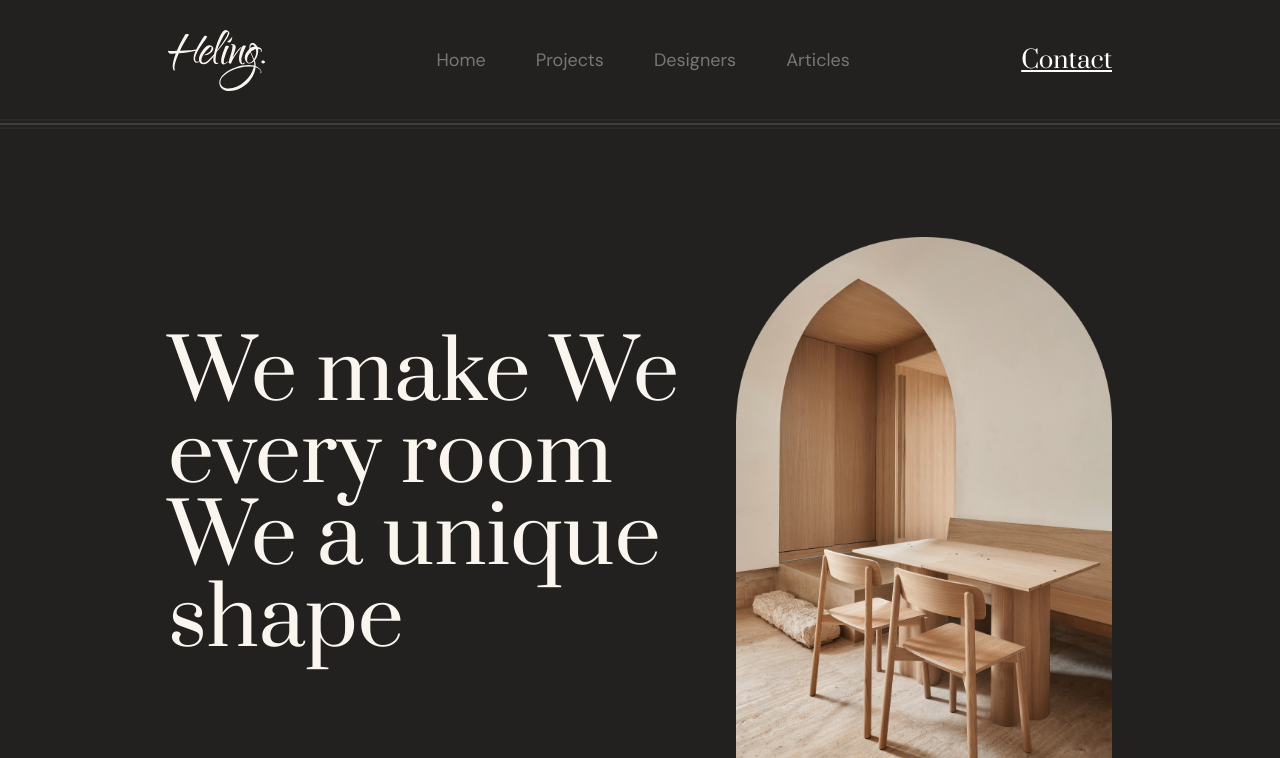
Repository: vandangnhathung/healingui_website
Page: /
An editor plug-in stored every save of this project. The page is shown before and after the next save, followed by the edit.
The browser window is 1280 px wide. The pictures show the whole page.
The project was rebuilt for these pictures with package versions that can differ from the ones it lists, and the page was loaded fresh each time. Also part of the build but not shown: src/App.css.

Above is the page before, as saved 2022-03-16 13:06:44.

After the next save:
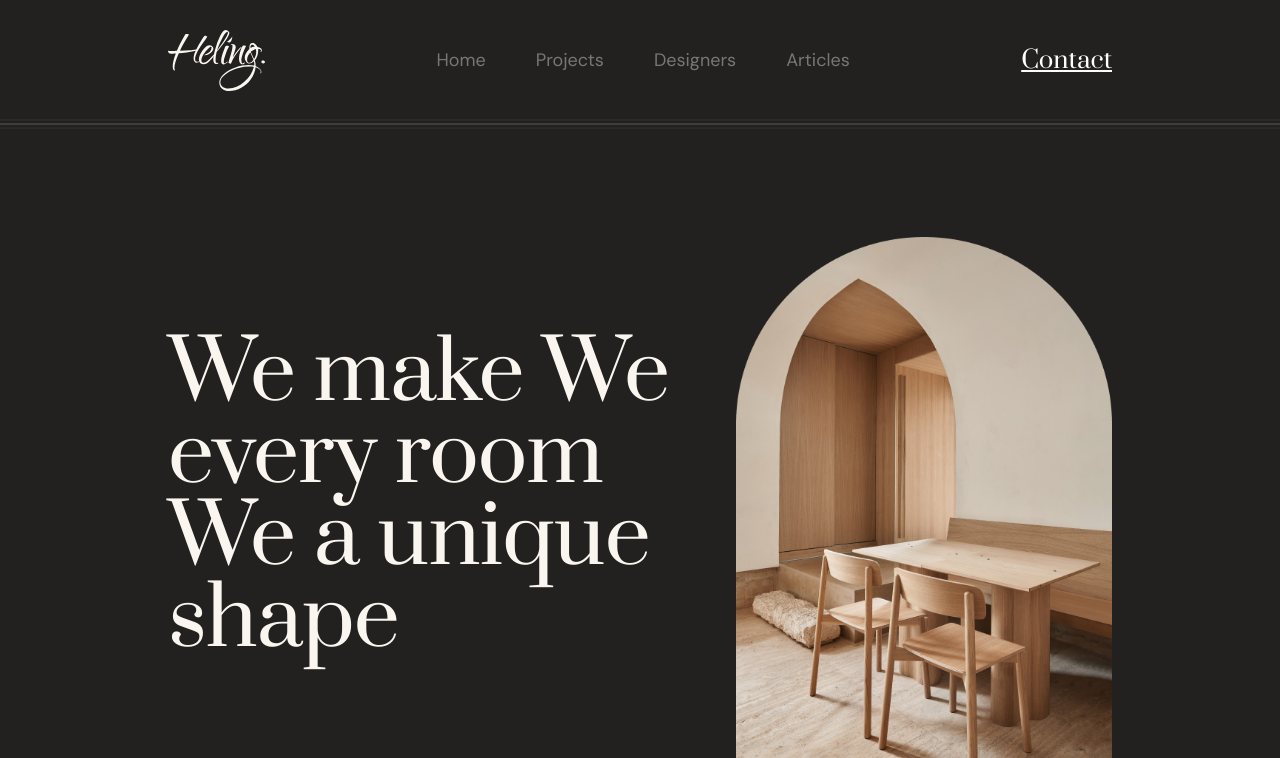
Saved 9 s later.
--- a/src/components/Container/Container.js
+++ b/src/components/Container/Container.js
@@ -16,7 +16,7 @@
     gap: 0 32px;
   `;
   const Slogan = styled.h2`
-    letter-spacing: -2%;
+    letter-spacing: -1px;
     font-size: 82px;
     line-height: 1;
     font-family: "Prata", serif;

After the save that followed:
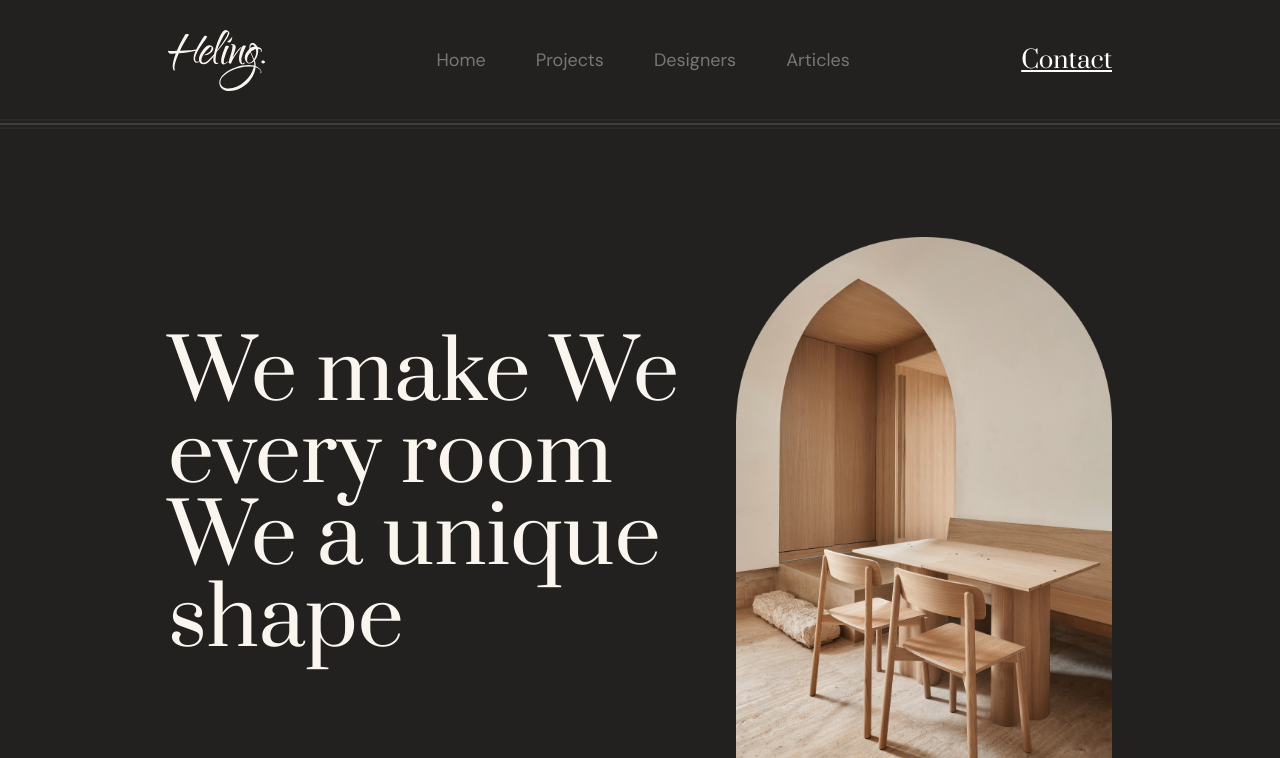
Saved 58 s later.
--- a/src/components/Container/Container.js
+++ b/src/components/Container/Container.js
@@ -16,7 +16,7 @@
     gap: 0 32px;
   `;
   const Slogan = styled.h2`
-    letter-spacing: -1px;
+    letter-spacing: -2%;
     font-size: 82px;
     line-height: 1;
     font-family: "Prata", serif;
